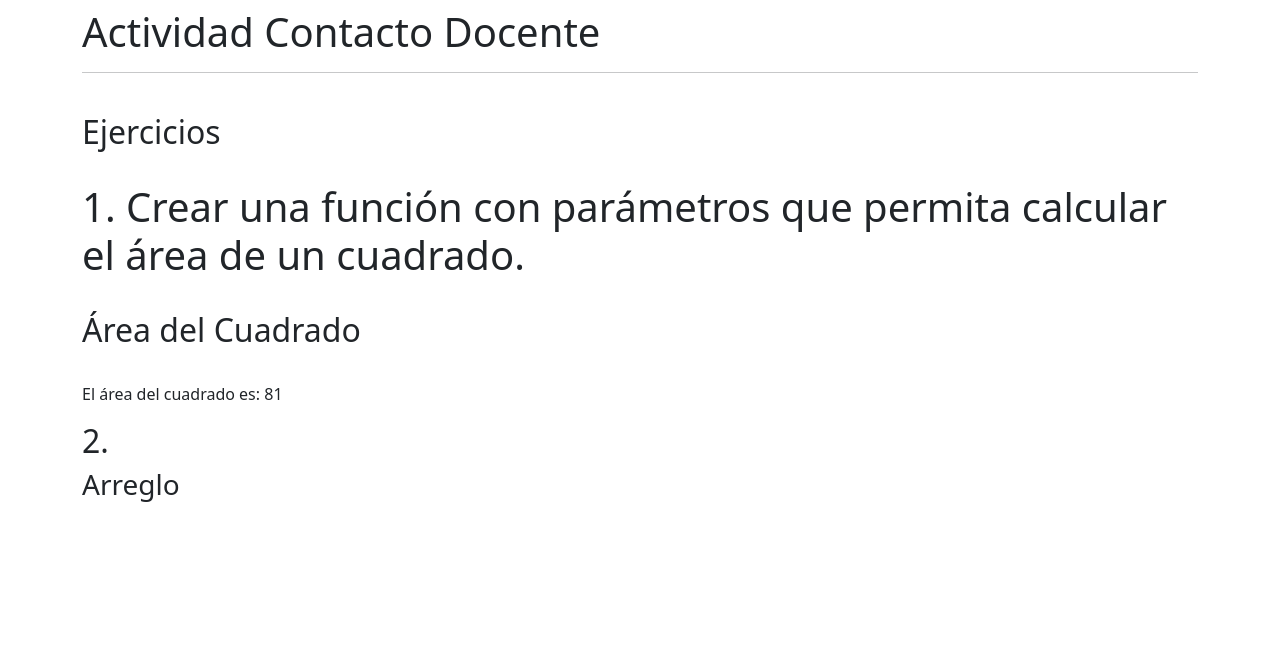
Repository: Jchimbo99/Actvidad1
Page: / (app in typescript-actividad/)
These files come from the project's save history. The page is drawn as it stood at one moment and after the next save; the edit follows.
The browser window is 1280 px wide. The pictures show the whole page.
The project was rebuilt for these pictures with package versions that can differ from the ones it lists, and the page was loaded fresh each time. Also part of the build but not shown: typescript-actividad/vite.config.ts.

Above is the page before, as saved 2025-01-22 20:38:14.

After the next save:
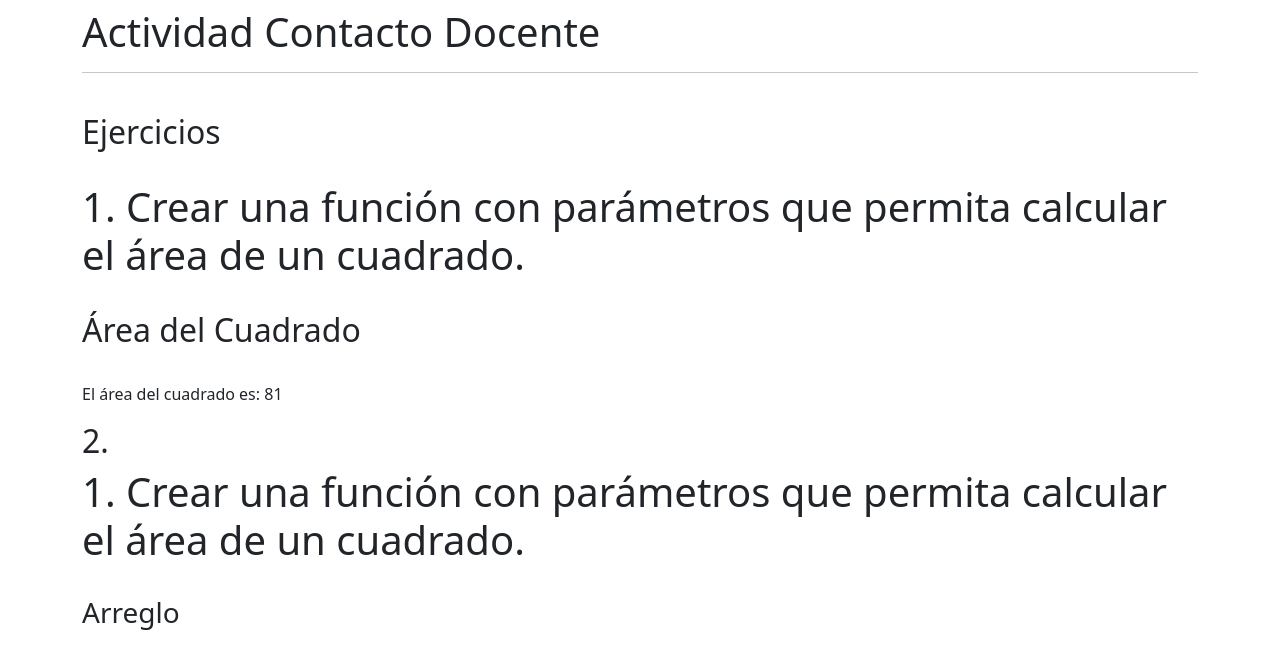
Saved 21 s later.
--- a/typescript-actividad/src/typescript/Arreglo.tsx
+++ b/typescript-actividad/src/typescript/Arreglo.tsx
@@ -3,6 +3,8 @@
 export const Arreglo = () => {
   return (
     <div>
+         <h1>1.	Crear una función con parámetros que permita calcular el área de un cuadrado.</h1>
+         <br />
         <h3>Arreglo</h3></div>
   )
 }
